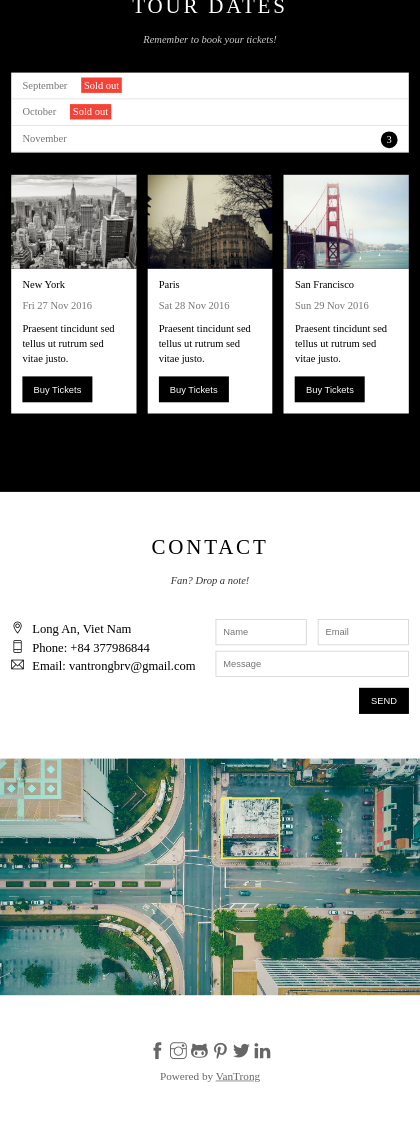
Repository: vanntrong/w3_band
Page: index.html
These files come from the project's save history. The page is drawn as it stood at one moment and after the next save; the edit follows.
The browser window is 600 px wide. The pictures show the part of the page from y = 2564 to 4804 px (the page is 4174 px tall before and 5654 px after), at 70% of full size.

Above is the page before, as saved 2021-08-27 20:08:14.

### index.html
<!DOCTYPE html>
<html lang="en">
  <head>
    <meta charset="UTF-8" />
    <meta http-equiv="X-UA-Compatible" content="IE=edge" />
    <meta name="viewport" content="width=device-width, initial-scale=1.0" />
    <title>BLΛƆKPIИK</title>
    <link rel="stylesheet" href="./assest/css/reset.css" />
    <link rel="stylesheet" href="./assest/css/index.css" />
    <link rel="stylesheet" href="./assest/css/responsive.css" />
    <link rel="stylesheet" href="./assest/font/themify-icons-font/themify-icons/themify-icons.css" />
    <link rel="stylesheet" href="./script/script.js" />
  </head>
  <body>
    <div id="main">
      <div id="header">
        <!-- Begin: nav -->
        <ul id="nav">
          <li><a href="#">Home</a></li>
          <li><a href="#about">Band</a></li>
          <li><a href="#tour">Tour</a></li>
          <li><a href="#contact">Contact</a></li>
          <li>
            <a href="#">
              More
              <i class="nav-arrow-down ti-angle-down"></i>
            </a>
            <ul class="subnav">
              <li><a href="#">Merchandise</a></li>
              <li><a href="#">Extras</a></li>
              <li><a href="#">Media</a></li>
            </ul>
          </li>
        </ul>
        <!-- End: nav -->

        <!-- Begin: Search button -->
        <div class="search-btn">
          <i class="search-icon ti-search"></i>
        </div>
        <!-- End: Search button -->

        <!-- Begin: mobile menu -->
        <div id="mobile-menu" class="mobile-menu-btn">
          <i class="menu-icon ti-menu"></i>
        </div>
        <!-- End: mobile menu -->
      </div>

      <div id="slider">
        <div class="text-content">
          <h2 class="text-heading">BLACKPINK</h2>
          <div class="text-description">BLACKPINK IN YOUR AREA</div>
        </div>
      </div>

      <div id="content">
        <div class="about-section">
          <!-- About section -->
          <div class="content-section" id="about">
            <a href="https://www.instagram.com/blackpinkofficial/" target="blank"
              ><h2 class="section-heading">BLΛƆKPIИK</h2></a
            >
            <p class="section-sub-heading">BLACKPINK In Your Area</p>
            <p class="about-text">
              Blackpink (Hangul: 블랙핑크; thường được viết cách điệu là BLACKPINK hoặc BLΛƆKPIИK) là một nhóm nhạc nữ
              Hàn Quốc do công ty YG Entertainment thành lập và quản lý. Nhóm gồm 4 thành viên Jisoo, Jennie, Rosé,
              Lisa. Blackpink chính thức ra mắt với album đĩa đơn đầu tay mang tên Square One gồm hai ca khúc
              "Boombayah" và "Whistle". Cả hai sau đó đã lọt vào bảng xếp hạng World Digital Songs của Billboard và bảng
              xếp hạng nhạc số Gaon của Hàn Quốc. Blackpink là nhóm nhạc nữ Hàn Quốc có thứ hạng cao nhất trên bảng xếp
              hạng Billboard Hot 100 khi đạt vị trí thứ 13 với "Ice Cream" (2020) và trên Billboard 200 với The Album
              (2020) ở vị trí thứ hai. Blackpink là nhóm nhạc nữ K-pop đầu tiên lọt vào và dẫn đầu bảng xếp hạng
              Emerging Artists của Billboard đồng thời sở hữu ba đĩa đơn quán quân trên bảng xếp hạng World Digital Song
              Sales của Billboard. Họ cũng là nhóm nhạc nữ Hàn Quốc đầu tiên nhận được chứng nhận từ Hiệp hội Công
              nghiệp ghi âm Hoa Kỳ (RIAA) cho đĩa đơn "Ddu-Du Ddu-Du" (2018) – video âm nhạc có nhiều lượt xem nhất trên
              YouTube của một nhóm nhạc Hàn Quốc. Blackpink cũng là nhóm sở hữu số lượng bài hát lọt vào top 40 tại
              Vương quốc Anh nhiều nhất. Ca khúc "Kiss and Make Up" là bài hát đầu tiên của một nhóm nhạc nữ Hàn Quốc
              nhận được chứng nhận từ British Phonographic Industry và được chứng nhận đĩa bạch kim bởi Hiệp hội Công
              nghiệp Ghi âm Úc (ARIA).
            </p>
            <div class="member-list">
              <div class="member-item">
                <a href="https://www.instagram.com/sooyaaa__/" target="blank"><p class="member-name">Jisoo</p></a>
                <a href="https://www.instagram.com/sooyaaa__/" target="blank"
                  ><img src="./assest/img/team/jisoo/jisoo.jpg" alt="Image-of-Jisoo" class="member-img"
                /></a>
              </div>
              <div class="member-item">
                <a href="https://www.instagram.com/lalalalisa_m/" target="blank"><p class="member-name">Lisa</p></a>
                <a href="https://www.instagram.com/lalalalisa_m/" target="blank"
                  ><img src="./assest/img/team/lisa/lisa.jpg" alt="Image of Jisoo" class="member-img"
                /></a>
              </div>
              <div class="member-item">
                <a href="https://www.instagram.com/roses_are_rosie/" target="blank"><p class="member-name">Rosé</p></a>
                <a href="https://www.instagram.com/roses_are_rosie/" target="blank"
                  ><img src="./assest/img/team/rose/rose.jpg" alt="Image of Jisoo" class="member-img"
                /></a>
              </div>
              <div class="member-item">
                <a href="https://www.instagram.com/jennierubyjane/" target="blank"><p class="member-name">Jennie</p></a>
                <a href="https://www.instagram.com/jennierubyjane/" target="blank"
                  ><img src="./assest/img/team/jennie/jennie.jpg" alt="Image of Jisoo" class="member-img"
                /></a>
              </div>
            </div>
          </div>
        </div>
        <div class="tour-section">
          <!-- tour section -->
          <div id="tour" class="content-section">
            <h2 class="section-heading text-white">TOUR DATES</h2>
            <p class="section-sub-heading text-white">Remember to book your tickets!</p>

            <ul class="ticket-list">
              <li>September <span class="sold-out">Sold out</span></li>
              <li>October <span class="sold-out">Sold out</span></li>
              <li>November <span class="quantity">3</span></li>
            </ul>

            <!-- places -->
            <div class="places-list">
              <div class="place-item">
                <img src="./assest/img/places/newyork.jpg" alt="New York" class="place-img" />
                <div class="place-body">
                  <h3 class="place-heading">New York</h3>
                  <p class="place-time">Fri 27 Nov 2016</p>
                  <p class="place-desc text-black">Praesent tincidunt sed tellus ut rutrum sed vitae justo.</p>
                  <button class="place-buy-btn js-buy-ticket">Buy Tickets</button>
                </div>
              </div>
              <div class="place-item">
                <img src="./assest/img/places/paris.jpg" alt="Paris" class="place-img" />
                <div class="place-body">
                  <h3 class="place-heading">Paris</h3>
                  <p class="place-time">Sat 28 Nov 2016</p>
                  <p class="place-desc text-black">Praesent tincidunt sed tellus ut rutrum sed vitae justo.</p>
                  <button class="place-buy-btn js-buy-ticket">Buy Tickets</button>
                </div>
              </div>
              <div class="place-item">
                <img src="./assest/img/places/sanfran.jpg" alt="San Francisco" class="place-img" />
                <div class="place-body">
                  <h3 class="place-heading">San Francisco</h3>
                  <p class="place-time">Sun 29 Nov 2016</p>
                  <p class="place-desc text-black">Praesent tincidunt sed tellus ut rutrum sed vitae justo.</p>
                  <button class="place-buy-btn js-buy-ticket">Buy Tickets</button>
                </div>
              </div>
              <div class="clear"></div>
            </div>
          </div>
        </div>

        <!-- begin: contact section -->
        <div id="contact" class="content-section">
          <h2 class="section-heading text-black">CONTACT</h2>
          <p class="section-sub-heading text-black">Fan? Drop a note!</p>

          <div class="row contact-content">
            <div class="col col-half contact-info">
              <p><i class="ti-location-pin"></i>Long An, Viet Nam</p>
              <p><i class="ti-mobile"></i>Phone: +84 377986844</p>
              <p><i class="ti-email"></i>Email: vantrongbrv@gmail.com</p>
            </div>

            <div class="col col-half contact-form">
              <form action="">
                <div class="row">
                  <div class="col col-half">
                    <input type="text" name="" placeholder="Name" required id="" class="form-control" />
                  </div>

                  <div class="col col-half">
                    <input type="email" name="" placeholder="Email" required id="" class="form-control" />
                  </div>
                </div>
                <div class="row mt-8px">
                  <div class="col col-full">
                    <input type="text" name="" placeholder="Message" required id="" class="form-control" />
                  </div>
                </div>

                <input class="form-submit-btn mt-16px" type="submit" value="SEND" />
              </form>
            </div>
          </div>
        </div>
        <!-- end: contact section -->
        <div class="map-section">
          <img class="map-img" src="./assest/img/places/map.jpg" alt="" />
        </div>
      </div>

      <div id="footer">
        <div class="social-list">
          <a target="blank" href="https://www.facebook.com/votrong143/"><i class="ti-facebook"></i></a>
          <a target="blank" href="https://www.instagram.com/va.trogn/"><i class="ti-instagram"></i></a>
          <a target="blank" href="https://github.com/vanntrong"><i class="ti-github"></i></a>
          <a href="#"><i class="ti-pinterest"></i></a>
          <a href="#"><i class="ti-twitter-alt"></i></a>
          <a href="#"><i class="ti-linkedin"></i></a>
        </div>
        <p class="copyright">Powered by <a href="">VanTrong</a></p>
      </div>
    </div>

    <div class="modal js-modal">
      <div class="modal-container js-modal-container">
        <div class="modal-close js-modal-close">
          <i class="ti-close"></i>
        </div>

        <header class="modal-header">
          <i class="ti-bag"></i>
          Tickets
        </header>

        <div class="modal-body">
          <label for="ticket-quantity" class="modal-label">
            <i class="ti-shopping-cart"></i>
            Tickets, $15 per person
          </label>
          <input id="ticket-quantity" type="text" required class="modal-input" placeholder="How many?" />

          <label for="ticket-email" class="modal-label">
            <i class="ti-user"></i>
            Send To
          </label>
          <input id="ticket-email" type="text" required class="modal-input" placeholder="Enter email" />

          <button id="buy-tickets">
            Pay
            <i class="ti-check"></i>
          </button>
        </div>

        <footer class="modal-footer">
          <p class="modal-help">Need <a href="">help?</a></p>
        </footer>
      </div>
    </div>

    <script>
      const buyBtns = document.querySelectorAll(".js-buy-ticket");
      const modal = document.querySelector(".js-modal");
      const modalClose = document.querySelector(".js-modal-close");
      const modalContainer = document.querySelector(".js-modal-container");

      //show modal buy ticket (add class open to modal)
      function showBuyTicket() {
        modal.classList.add("open");
      }
      //hide modal buy ticket (remove class open to modal)
      function hideBuyTicket() {
        modal.classList.remove("open");
      }

      //lap qua tung the button va nghe hanh vi click
      for (const buyBtn of buyBtns) {
        buyBtn.addEventListener("click", showBuyTicket);
      }

      //click vao dong modal
      modalClose.addEventListener("click", hideBuyTicket);

      //click vao ben ngoai thi thoat modal
      modal.addEventListener("click", hideBuyTicket);

      //fix bug bam vao modal thi bi thoat ra
      modalContainer.addEventListener("click", function (event) {
        event.stopPropagation();
      });

      // Open mobile menu
      var header = document.getElementById("header");
      var mobileMenu = document.getElementById("mobile-menu");
      var headerHeight = header.clientHeight;

      mobileMenu.onclick = function () {
        var isClose = header.clientHeight === headerHeight;
        if (isClose) {
          header.style.height = "auto";
        } else {
          header.style.height = null;
        }
      };

      //auto close menu mobile
      var menuItems = document.querySelectorAll('#nav li a[href*="#"]');
      for (var i = 0; i < menuItems.length; i++) {
        var menuItem = menuItems[i];

        menuItem.onclick = function (event) {
          var isParentMenu = this.nextElementSibling && this.nextElementSibling.classList.contains("subnav");
          if (isParentMenu) {
            event.preventDefault();
          } else {
            header.style.height = null;
          }
        };
      }
    </script>
  </body>
</html>

### assest/css/index.css
/* reset css */
* {
  padding: 0;
  margin: 0;
  box-sizing: border-box;
}

/* end reset */

html {
  scroll-behavior: smooth;
  /* font-family: Helvetica, Arial, sans-serif; */
  font-family: "Times New Roman", Times, serif;
}

/*
1. Vị trí
2. Kích thước
3. Màu sắc
4. Kiểu dáng (kiểu chữ, hình tròn, hình vuông)
*/

/* css dùng chung */

#main {
}

.clear {
  clear: both;
}

.text-white {
  color: #fff !important;
}

.text-black {
  color: #000 !important;
}

.mt-8px {
  margin-top: 8px !important;
}

.mt-16px {
  margin-top: 16px !important;
}

.row {
  margin-left: -8px;
  margin-right: -8px;
}

.row::after {
  content: "";
  display: block;
  clear: both;
}

.col {
  float: left;
  padding-left: 8px;
  padding-right: 8px;
}

.col-full {
  width: 100%;
}

.col-half {
  width: 50%;
}

/* Begin header */
#header {
  position: fixed;
  top: 0;
  left: 0;
  right: 0;
  height: 46px;
  background-color: #000;
  z-index: 1;
}

#nav {
  display: inline-block;
}

#nav,
.subnav {
  list-style-type: none;
}

#nav > li {
  display: inline-block;
}

#nav li {
  position: relative;
}

#nav li:first-child {
  display: inline-block;
}

#nav > li > a {
  color: #fff;
  text-transform: uppercase;
}

#nav li a {
  text-decoration: none;
  line-height: 46px;
  padding: 0 24px;
  display: block;
}

#nav li:hover .subnav {
  display: block;
}

#nav > li:hover > a,
#nav .subnav li:hover {
  color: #000;
  background-color: #ccc;
}

#nav .subnav {
  display: none;
  position: absolute;
  top: 100%;
  left: 0;
  background-color: #fff;
  box-shadow: 0 0 10px rgba(0, 0, 0, 0.3);
  min-width: 160px;
}

#nav .subnav a {
  color: #000;
  padding: 0 12px;
  line-height: 38px;
}

#nav .ti-angle-down {
  font-size: 12px;
}

#header .mobile-menu-btn {
  position: absolute;
  top: 0;
  right: 0;
  display: none;
}

#header .mobile-menu-btn,
#header .search-btn {
  float: right;
  padding: 0 21px;
}

#header .mobile-menu-btn:hover {
  background-color: #ccc;
}

#header .mobile-menu-btn:hover .menu-icon {
  color: #000;
}

#header .search-btn:hover {
  cursor: pointer;
  background-color: #f44336;
}

#header .menu-icon,
#header .search-icon {
  color: #fff;
  font-size: 20px;
  line-height: 46px;
}
/* end header */

/* Begin slider */
#slider {
  position: relative;
  margin-top: 46px;
  padding-top: 50%;
  background: url("../img/slider/slider1.jpg") top center / cover no-repeat;
}

#slider .text-content {
  position: absolute;
  bottom: 48px;
  color: #fff;
  width: 100%;
  text-align: center;
}

#slider .text-heading {
  font-weight: 500px;
  font-size: 24px;
}

#slider .text-description {
  font-size: 15px;
  margin-top: 15px;
}
/* end slider */

/* begin content */
#content {
}

/* #content .about-section {
    background-color: #000;
} */

#content .tour-section {
  background-color: #000;
}

#content a {
  text-decoration-line: none;
}

#content p {
  color: black;
}

/* dùng tạm */
#content #contact p {
  color: black;
}

#content .content-section {
  width: 800px;
  max-width: 100%;
  padding: 64px 0;
  margin-left: auto;
  margin-right: auto;
  padding-left: 16px;
  padding-right: 16px;
}

#content .section-heading {
  font-size: 30px;
  /* color: pink; */
  font-weight: 500px;
  text-align: center;
  /* Khoảng cách giữa các chữ */
  letter-spacing: 4px;
  color: black;
}

#content .section-sub-heading {
  font-size: 15px;
  text-align: center;
  margin-top: 25px;
  /* kiểu chữ */
  font-style: italic;
  /* làm mờ */
  opacity: 0.8;
}

#content .about-text {
  margin-top: 25px;
  /* justify căn đều văn bản */
  text-align: justify;
  line-height: 1.5;
}

#content .member-list {
  margin-top: 48px;
  overflow: hidden;
}

#content .member-item {
  float: left;
  width: 25%;
  text-align: center;
}

#content .member-name {
  font-size: 15px;
  color: black;
}

#content .member-img {
  margin-top: 15px;
  width: 180px;
  border-radius: 5px;
}

.ticket-list {
  margin-top: 40px;
  background-color: #fff;
}

.ticket-list li {
  font-size: 15px;
  padding: 11px 16px;
  border-bottom: 1px solid #ddd;
  color: #757575;
  list-style: none;
}

.ticket-list .sold-out {
  background-color: #f44336;
  padding: 3px 4px;
  margin-left: 16px;
  color: #fff;
}

.ticket-list .quantity {
  float: right;
  width: 24px;
  height: 24px;
  background-color: #000;
  color: #fff;
  border-radius: 50%;
  text-align: center;
  line-height: 24px;
  margin-top: -3px;
}

/* ctrl+D ->  ctrl+right -> alt+shift+right */
/* place */

.places-list {
  margin: 32px -8px 0;
  padding-bottom: 48px;
}

.place-item {
  float: left;
  width: 33.33333%;
  padding: 0px 8px;
  /* margin-top: 32px; */
}

.place-img {
  width: 100%;
  display: block;
}

.place-img:hover {
  opacity: 0.6;
}

.place-body {
  background-color: #fff;
  padding: 16px;
  font-size: 15px;
}

.place-heading {
}

.place-time {
  margin-top: 15px;
  color: #757575 !important;
}

.place-desc {
  margin-top: 15px;
  line-height: 1.4;
}

.place-buy-btn {
  color: #fff;
  background-color: #000;
  padding: 11px 16px;
  display: inline-block;
  margin-top: 15px;
  border: none;
  cursor: pointer;
}

.place-buy-btn:hover {
  background-color: #ccc;
  color: #000;
}

.contact-content {
  margin-top: 48px;
}

.contact-info {
  font-size: 18px;
  line-height: 1.5;
}

.contact-info i[class*="ti-"] {
  width: 30px;
  display: inline-block;
}

.contact-form {
  font-size: 15px;
}

.contact-form .form-control {
  padding: 10px;
  border: 1px solid #ccc !important;
  width: 100%;
}

.contact-form .form-submit-btn {
  background-color: #000;
  color: #fff;
  float: right;
  padding: 10px 16px;
  border: 1px solid #000;
}

.contact-form .form-submit-btn:hover {
  background-color: #ccc;
  color: #000;
  cursor: pointer;
}

.map-img {
  width: 100%;
}
/* end content */

/* begin footer */
#footer {
  padding: 64px 16px;
  text-align: center;
}

#footer .social-list {
  font-size: 24px;
}

#footer .social-list a {
  color: rgba(0, 0, 0, 0.6);
  text-decoration: none;
}

#footer .social-list a:hover {
  color: rgba(0, 0, 0, 0.4);
}

#footer .copyright {
  color: rgba(0, 0, 0, 0.6);
  padding-top: 15px;
}

#footer .copyright a {
  color: rgba(0, 0, 0, 0.6);
}

#footer .copyright a:hover {
  color: rgba(0, 0, 0, 0.4);
}
/* end footer */
.modal {
  position: fixed;
  top: 0;
  left: 0;
  right: 0;
  bottom: 0;
  background: rgba(0, 0, 0, 0.4);
  display: none;
  align-items: center;
  justify-content: center;
}

.modal-container {
  background: #fff;
  max-width: calc(100% - 32px);
  width: 900px;
  min-height: 200px;
  position: relative;
  animation: modalFaceIn ease 0.5s;
}

.modal-header {
  background-color: #009688;
  height: 130px;
  display: flex;
  align-items: center;
  justify-content: center;
  font-size: 30px;
  color: #fff;
  letter-spacing: 4px;
}

/* .modal-heading-icon {
    margin-right: 16px;
} */

.modal-close {
  position: absolute;
  right: 0;
  top: 0;
  color: #fff;
  padding: 12px;
  cursor: pointer;
  opacity: 0.8;
}

.modal-close:hover {
  opacity: 1;
}

.modal-body {
  padding: 16px;
}

.modal-label {
  display: block;
  font-size: 15px;
  margin-bottom: 12px;
}

.modal-input {
  border: 1px solid #ccc;
  width: 100%;
  padding: 8px;
  font-size: 15px;
  margin-bottom: 24px;
}

#buy-tickets {
  background-color: #009688;
  border: none;
  color: #fff;
  width: 100%;
  text-transform: uppercase;
  padding: 16px;
  cursor: pointer;
}

#buy-tickets:hover {
  opacity: 0.8;
}

.modal-footer {
  padding: 16px;
  text-align: right;
  margin-bottom: 10px;
}

.modal-footer a {
  color: #2196f3;
}

.modal.open {
  display: flex;
}

@keyframes modalFaceIn {
  from {
    transform: translateY(-140px);
    opacity: 0;
  }
  to {
    transform: translateY(0);
    opacity: 1;
  }
}

### assest/css/responsive.css
@media (max-width: 740px) {
  #nav {
    display: block;
  }

  #nav li {
    display: block;
  }

  #nav li a {
    padding: 1px 24px;
  }

  #nav .subnav {
    position: inherit;
    background-color: #333;
  }

  #nav .subnav {
    color: #fff;
    padding: 5px 41px;
  }

  #header {
    overflow: hidden;
  }

  #header .search-btn {
    display: none;
  }

  #header .mobile-menu-btn {
    display: block;
  }

  #content .member-item {
    width: 100%;
  }

  #content .member-name {
    margin-top: 30px;
  }
}

Loaded but not shown: assest/css/reset.css (common file); assest/font/themify-icons-font/themify-icons/themify-icons.css (common file); script/script.js (no stored copy; drawn as an empty file)

After the next save:
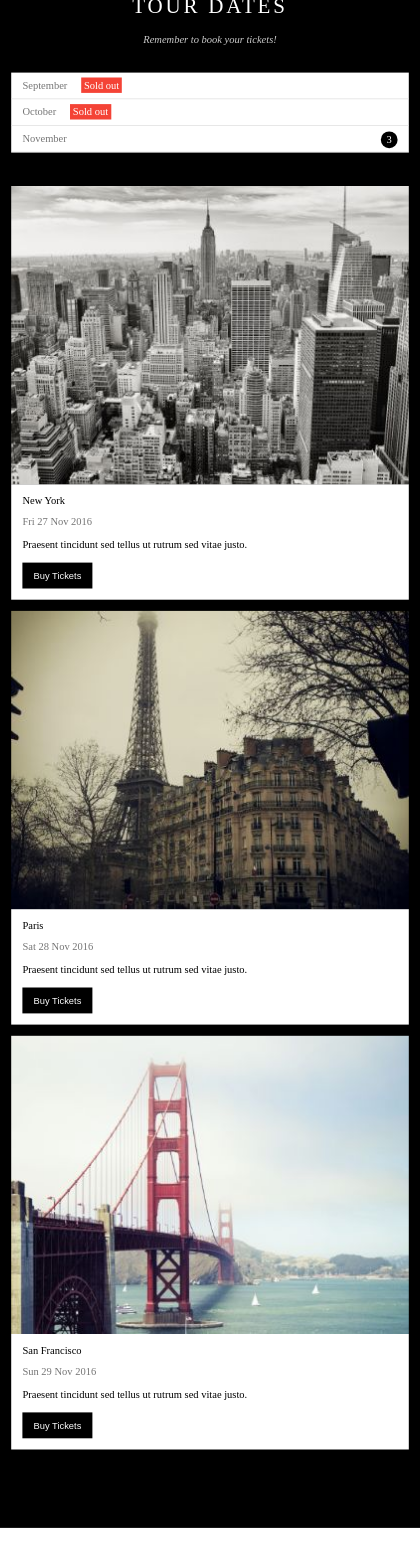
Saved 4 min 17 s later.
--- a/assest/css/responsive.css
+++ b/assest/css/responsive.css
@@ -40,4 +40,9 @@
   #content .member-name {
     margin-top: 30px;
   }
+
+  .place-item {
+    width: 100%;
+    margin-top: 16px;
+  }
 }
